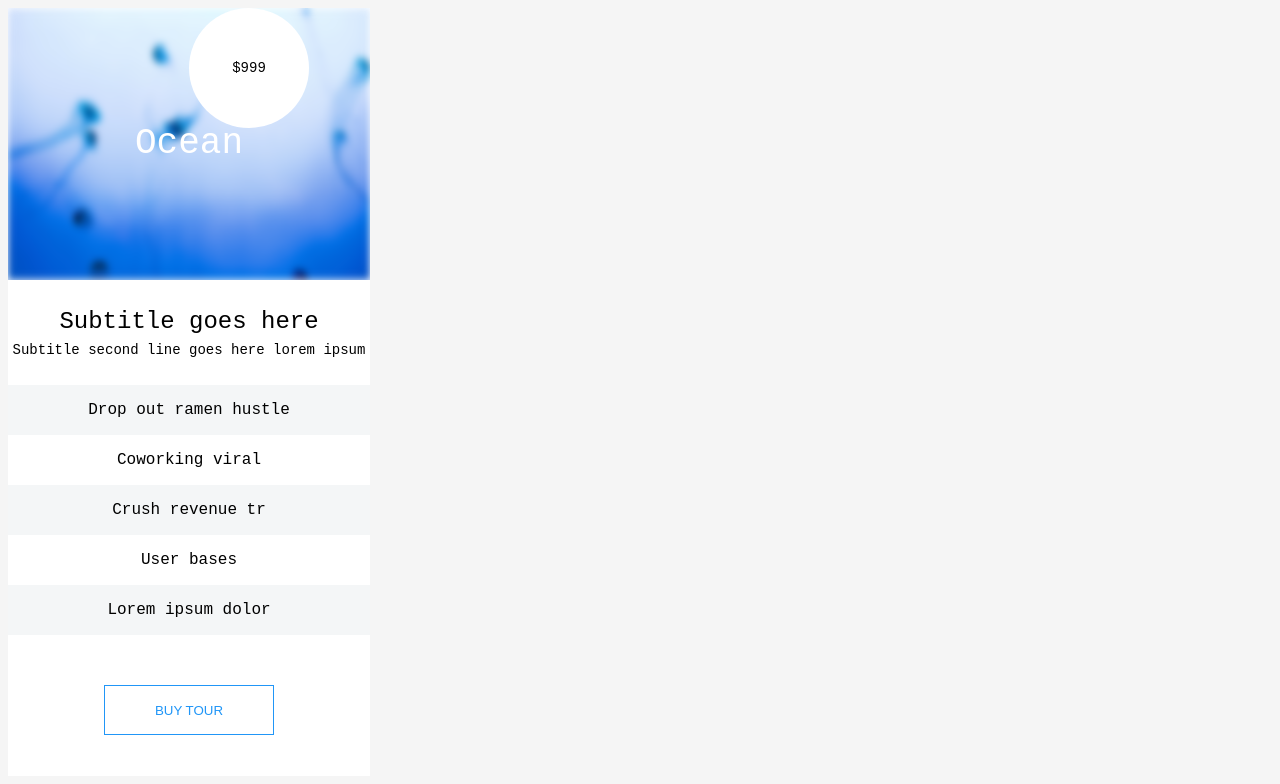
Repository: HoanTiny/pricetable
Page: index.html
These files come from the project's save history. The page is drawn as it stood at one moment and after the next save; the edit follows.
The browser window is 1280 px wide. The pictures show the whole page.

Above is the page before, as saved 2022-07-04 10:27:09.

After the next save:
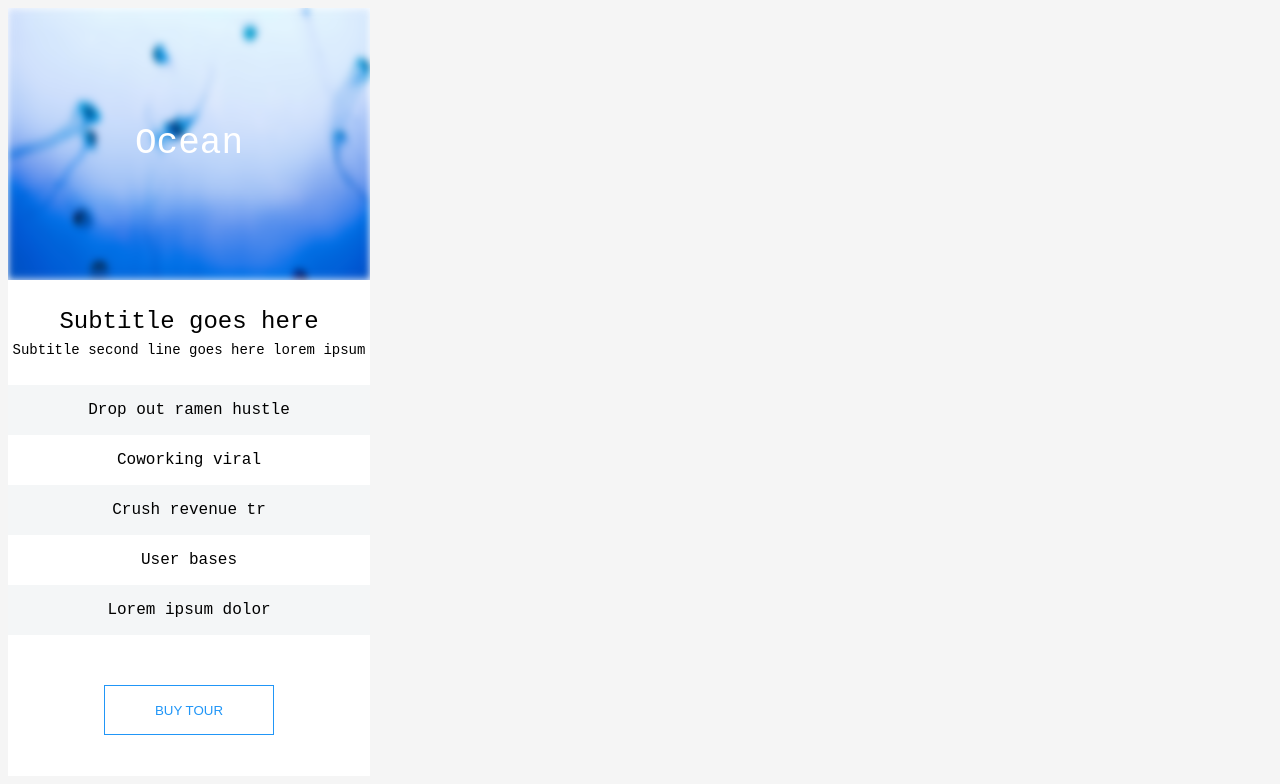
Saved 20 s later.
--- a/assests/css/style.css
+++ b/assests/css/style.css
@@ -86,7 +86,7 @@ img {
 
 .price {
     position: absolute;
-    top: 0;
+    top: -50%;
     left: 50%;
     width: 120px;
     height: 120px;
